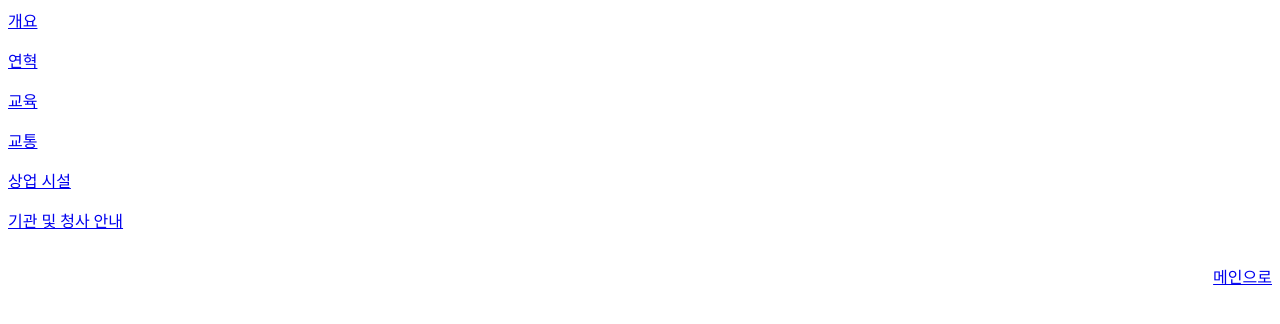
Repository: joon14/NB_pro01
Page: http://localhost/pro01/menu.jsp
An editor plug-in stored every save of this project. The page is shown before and after the next save, followed by the edit.
The browser window is 1280 px wide. The pictures show the whole page.
The page is served by Tomcat 9.

Above is the page before, as saved 2024-04-01 04:47:52.

After the next save:
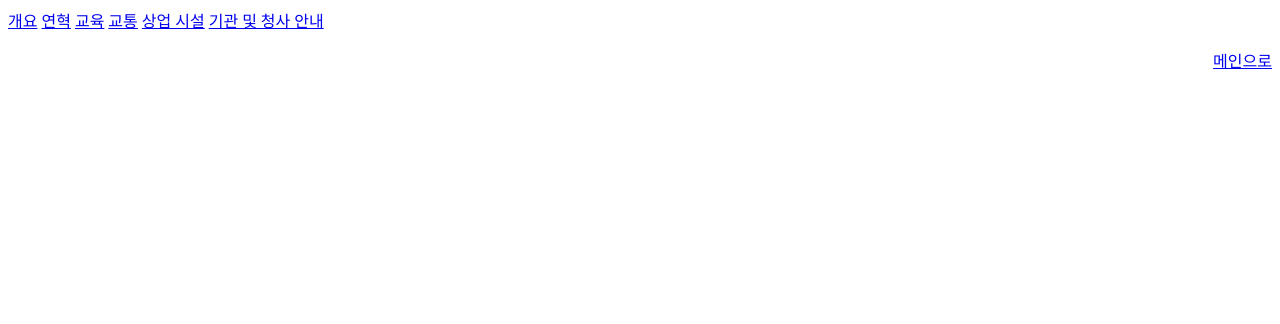
Saved 37 s later.
--- a/pro01/WebContent/menu.jsp
+++ b/pro01/WebContent/menu.jsp
@@ -1,12 +1,12 @@
 <%@ page language="java" contentType="text/html; charset=UTF-8"
     pageEncoding="UTF-8"%>
 <nav id="gnb">
-	<p><a href="a.jsp">개요</a></p>
-	<p><a href="education.jsp">연혁</a></p>
-	<p><a href="trans.jsp">교육</a></p>
-	<p><a href="a.jsp">교통</a></p>
-	<p><a href="a.jsp">상업 시설</a></p>
-	<p><a href="a.jsp">기관 및 청사 안내</a></p>
+	<a href="a.jsp">개요</a>
+	<a href="education.jsp">연혁</a>
+	<a href="trans.jsp">교육</a>
+	<a href="a.jsp">교통</a>
+	<a href="a.jsp">상업 시설</a>
+	<a href="a.jsp">기관 및 청사 안내</a>
 
 </nav>
 <nav id="tnb" style="float:right;">
